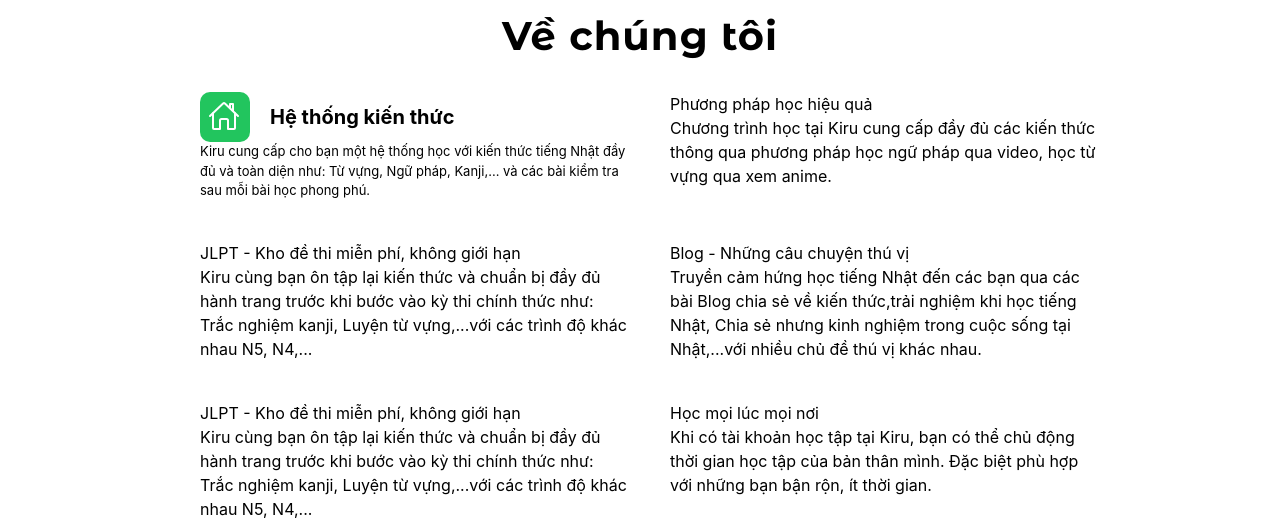
Repository: Quynhhuong150322/Kiru_Website-hoc-tieng-Nhat
Page: /
An editor plug-in stored every save of this project. The page is shown before and after the next save, followed by the edit.
The browser window is 1280 px wide. The pictures show the part of the page from y = 820 to 1532 px (the page is 1341 px tall before and 1532 px after).
The project was rebuilt for these pictures with package versions that can differ from the ones it lists, and the page was loaded fresh each time.

Above is the page before, as saved 2023-08-14 11:54:12.

### public/index.html
<!DOCTYPE html>
<html lang="en">
  <head>
    <meta charset="utf-8" />
    <link rel="icon" href="%PUBLIC_URL%/favicon.ico" />
    <meta name="viewport" content="width=device-width, initial-scale=1" />
    <meta name="theme-color" content="#000000" />
    <meta
      name="description"
      content="Web site created using create-react-app"
    />
    <link rel="apple-touch-icon" href="%PUBLIC_URL%/logo192.png" />
    <!--
      manifest.json provides metadata used when your web app is installed on a
      user's mobile device or desktop. See https://developers.google.com/web/fundamentals/web-app-manifest/
    -->
    <link rel="manifest" href="%PUBLIC_URL%/manifest.json" />
    <!--
      Notice the use of %PUBLIC_URL% in the tags above.
      It will be replaced with the URL of the `public` folder during the build.
      Only files inside the `public` folder can be referenced from the HTML.

      Unlike "/favicon.ico" or "favicon.ico", "%PUBLIC_URL%/favicon.ico" will
      work correctly both with client-side routing and a non-root public URL.
      Learn how to configure a non-root public URL by running `npm run build`.
    -->
    <title>Kiru web</title>
  </head>
  <body>
    <noscript>You need to enable JavaScript to run this app.</noscript>
    <div id="root"></div>
    <!--
      This HTML file is a template.
      If you open it directly in the browser, you will see an empty page.

      You can add webfonts, meta tags, or analytics to this file.
      The build step will place the bundled scripts into the <body> tag.

      To begin the development, run `npm start` or `yarn start`.
      To create a production bundle, use `npm run build` or `yarn build`.
    -->
  </body>
</html>

### src/index.js
import React from 'react';
import ReactDOM from 'react-dom/client';
import './index.css';
import App from './App';
import reportWebVitals from './reportWebVitals';
import { BrowserRouter} from "react-router-dom";


const root = ReactDOM.createRoot(document.getElementById('root'));
root.render(
  <React.StrictMode>
    <BrowserRouter>
      <App />
    </BrowserRouter>
  </React.StrictMode>
);

// If you want to start measuring performance in your app, pass a function
// to log results (for example: reportWebVitals(console.log))
// or send to an analytics endpoint. Learn more: https://bit.ly/CRA-vitals
reportWebVitals();

### src/App.js
import './App.css';
import HeaderBefor from "./component/HeaderBefor";
// import MyRoutes from './route/MyRoutes';
import GioiThieu from "./component/Gioi_thieu"

function App() {
  return (
    <div className = "bg-white">
      {/* <MyRoutes></MyRoutes> */}
      <HeaderBefor></HeaderBefor>
      <GioiThieu></GioiThieu>
    </div>
  );
}

export default App;

### src/App.css
.App {
  text-align: center;
}

.App-logo {
  height: 40vmin;
  pointer-events: none;
}

@media (prefers-reduced-motion: no-preference) {
  .App-logo {
    animation: App-logo-spin infinite 20s linear;
  }
}

.App-header {
  background-color: #282c34;
  min-height: 100vh;
  display: flex;
  flex-direction: column;
  align-items: center;
  justify-content: center;
  font-size: calc(10px + 2vmin);
  color: white;
}

.App-link {
  color: #61dafb;
}

@keyframes App-logo-spin {
  from {
    transform: rotate(0deg);
  }
  to {
    transform: rotate(360deg);
  }
}

@font-face {
  font-family: Japanese;
  src: url(./font/Japanese\ 3017.ttf);
}

@font-face {
  font-family: InterBold;
  src: url(./font/Inter-Bold.ttf);
}

@font-face {
  font-family: InterRegular;
  src: url(./font/Inter-Regular.ttf);
}

@font-face {
  font-family: Montserrat;
  src: url(./font/MontserratAlternates-Bold.otf);
}

### src/component/HeaderBefor.js
import React from "react";
import logo from "../image/logo.png"
import { Link } from "react-router-dom";

const Header = () => {
    return (
        <div className = "bg-white top-0 h-[70px] ">
            <div class="flex justify-between items-center p-1">
                <Link to = "/">
                    <div className="flex flex-row items-center gap-5 pl-[50px] justify-center">
                        <img
                            className="h-[55px] w-55px] rounded-full "
                            src = {logo}
                            alt = "logo"
                        />
                        <div className="font-japanese text-[40px] font-bold">Kiru</div>
                    </div>
                </Link>
                <div className=""></div>
                    <ul className="flex space-x-4 justify-start gap-10 font-interBold text-[17px] pr-28 ">
                        <li className="hover:text-yellow-500">
                            <Link to = "/GioiThieu">Giới Thiệu</Link>
                        </li>
                        <li className="hover:text-yellow-500">
                            <Link to = "/LienHe">Liên hệ</Link>
                        </li>
                        <li className="hover:text-yellow-500">
                            <Link to = "/KhoaHocBefor">Khoá học</Link>
                        </li>
                        <li className="hover:text-yellow-500">
                            <Link to = "/FAQs">FAQs</Link>
                        </li>
                    </ul>
                <div className="pr-[50px] flex items-center ">
                    <ul className="flex space-x-4 justify-start gap-1 font-interBold text-[17px] items-center">
                        <li>
                            <button
                                type="button"
                                className="w-[117px] h-10 rounded-[20px] hover:border-2 border-amber-500 hover:text-sky-500">
                                Đăng nhập
                            </button>
                        </li>
                        <li>
                            <button
                                type="button"
                                className = "w-28 h-10 rounded-[20px] text-white bg-gradient-to-r from-amber-300  to-orange-500 hover:border-2 border-amber-700 hover:text-sky-500">
                                Đăng ký
                            </button>
                        </li>
                    </ul>
                </div>
            </div>

        </div>
    );
};
export default Header;

### src/component/Gioi_thieu.js
import React from "react";
import Photo from "../image/photo1.jpeg";
import {IoHomeOutline} from "react-icons/io5";

const GioiThieu = () => {
    return (
        <div class="">
            <div
                className="bg-[url('/Users/quynhhuong/kiru_web/src/image/bg.png')] bg-no-repeat bg-[length:750px_750px] h-[750px] "
                // src = {Bg}
                alt = "Bg" >
                <div className="flex gap-[50px]">
                    <div className="pl-[200px] flex-initial w-[800px]">
                        <div className="font-inter font-bold tracking-wide text-2xl subpixel-antialiased leading-[4.5rem]  pt-[130px]">
                            <div className="">Tiếng Nhật khó</div>
                            <div className="">Đã có Kiru lo</div>
                        </div>
                        <div className="font-inter font-bold text-xl pt-[50px] text-slate-500">Website học tiếng Nhật tuyến Kiru hoàn toàn miễn phí tích hợp đầy đủ các kiến thức, kỹ năng thông qua các video bài giảng và bài tập giúp các bạn dễ dàng chinh phục tiếng Nhật một cách dễ dàng.</div>
                        <div className="pt-10">
                            <button
                                type="button"
                                className = "w-[300px] h-[70px] rounded-[40px] text-white bg-gradient-to-r from-amber-300  to-orange-500 hover:border-2 border-amber-700 hover:text-sky-500 font-interBold text-[25px] items-center">
                                Tham gia ngay
                            </button>
                        </div>
                    </div>
                    <div className="pt-[180px] ">
                        <img
                            className="h-[400px] w-[700px] rounded-l-[20px] shadow-[0_40px_70px_-15px_rgba(0,0,0,0.8)]"
                            src = {Photo}
                            alt = "Photo1"
                        />
                    </div>
                </div>
            </div>
            <div className="">
                <div className="font-montserrat font-bold tracking-wide text-[40px] subpixel-antialiased leading-[4.5rem] text-center">Về chúng tôi</div>
                <div className="pl-[200px]">
                    <div className="grid grid-cols-2 gap-10 flex-initial w-[900px] pt-5">
                        <div className="">
                            <div className="flex items-center gap-[20px]">
                                <div className="h-[50px] w-[50px] bg-green-500 rounded-[10px] text-[40px] font-[600] cursor-pointer items-center text-center">
                                    <IoHomeOutline className="stroke-white pt-2 pl-2"/>
                                </div>
                                <p className="font-inter font-bold text-xl">Hệ thống kiến thức</p>
                            </div>
                            <div className="font-inter text-base">Kiru cung cấp cho bạn một hệ thống học với kiến thức tiếng Nhật đầy đủ và toàn diện như: Từ vựng, Ngữ pháp, Kanji,... và các bài kiểm tra sau mỗi bài học phong phú.</div>
                        </div>
                        <div className="">
                            <div className="">
                                <p className="">Phương pháp học  hiệu quả</p>
                            </div>
                            <div className="">Chương trình học tại Kiru cung cấp đầy đủ các kiến thức thông qua phương pháp học ngữ pháp qua video, học từ vựng qua xem anime.</div>
                        </div>
                        <div className="">
                            <div className="">
                                <p className="">JLPT - Kho đề thi miễn phí,
không giới hạn </p>
                            </div>
                            <div className="">Kiru cùng bạn ôn tập lại kiến thức và chuẩn bị đầy đủ hành trang trước khi bước vào kỳ thi chính thức như: Trắc nghiệm kanji, Luyện từ vựng,...với các trình độ khác nhau N5, N4,... </div>
                        </div>
                        <div className="">
                            <div className="">
                                <p className="">Blog - Những câu chuyện thú vị </p>
                            </div>
                            <div className="">Truyền cảm hứng học tiếng Nhật đến các bạn qua các bài Blog chia sẻ về kiến thức,trải nghiệm khi học tiếng Nhật, Chia sẻ nhưng kinh nghiệm trong cuộc sống tại Nhật,...với nhiều chủ đề thú vị khác nhau. </div>
                        </div>
                        <div className="">
                            <div className="">
                                <p className="">JLPT - Kho đề thi miễn phí,
không giới hạn </p>
                            </div>
                            <div className="">Kiru cùng bạn ôn tập lại kiến thức và chuẩn bị đầy đủ hành trang trước khi bước vào kỳ thi chính thức như: Trắc nghiệm kanji, Luyện từ vựng,...với các trình độ khác nhau N5, N4,... </div>
                        </div>
                        <div className="">
                            <div className="">
                                <p className="">Học mọi lúc mọi nơi</p>
                            </div>
                            <div className="">Khi có tài khoản học tập tại Kiru, bạn có thể chủ động thời gian học tập của bản thân mình. Đặc biệt phù hợp với những bạn bận rộn, ít thời gian.</div>
                        </div>
                    </div>
                </div>
            </div>
        </div>

    );
}
export default GioiThieu;

### tailwind.config.js
/** @type {import('tailwindcss').Config} */
module.exports = {
  content: ["./src/**/*.{html,js}"],
  // plugins: [require("tailwind-scrollbar")],
  theme: {
    extend: {
      fontSize: {
        sm: '9px',
        base: '13px',
        xl: '20px',
        '2xl': '60px',
        '3xl': '80px',
        '4xl': '90px',
        '5xl': '100px',
      }
    },
    screens: {
      'sm': {'min': '400px', 'max': '767px'},
      // => @media (min-width: 640px and max-width: 767px) { ... }

      'md': {'min': '768px', 'max': '1023px'},
      // => @media (min-width: 768px and max-width: 1023px) { ... }

      'lg': {'min': '1024px', 'max': '1279px'},
      // => @media (min-width: 1024px and max-width: 1279px) { ... }

      'xl': {'min': '1280px', 'max': '1535px'},
      // => @media (min-width: 1280px and max-width: 1535px) { ... }

      '2xl': {'min': '1536px'},
      // => @media (min-width: 1536px) { ... }
    },

    fontFamily: {
      japanese: ['"Japanese"'],
      interBold: ['"InterBold"'],
      interRegular: ['"InterRegular"'],
      montserrat: ['"Montserrat"']
    },
  },
  plugins: [],
}

Loaded but not shown: src/index.css (common file); src/reportWebVitals.js (common file)

After the next save:
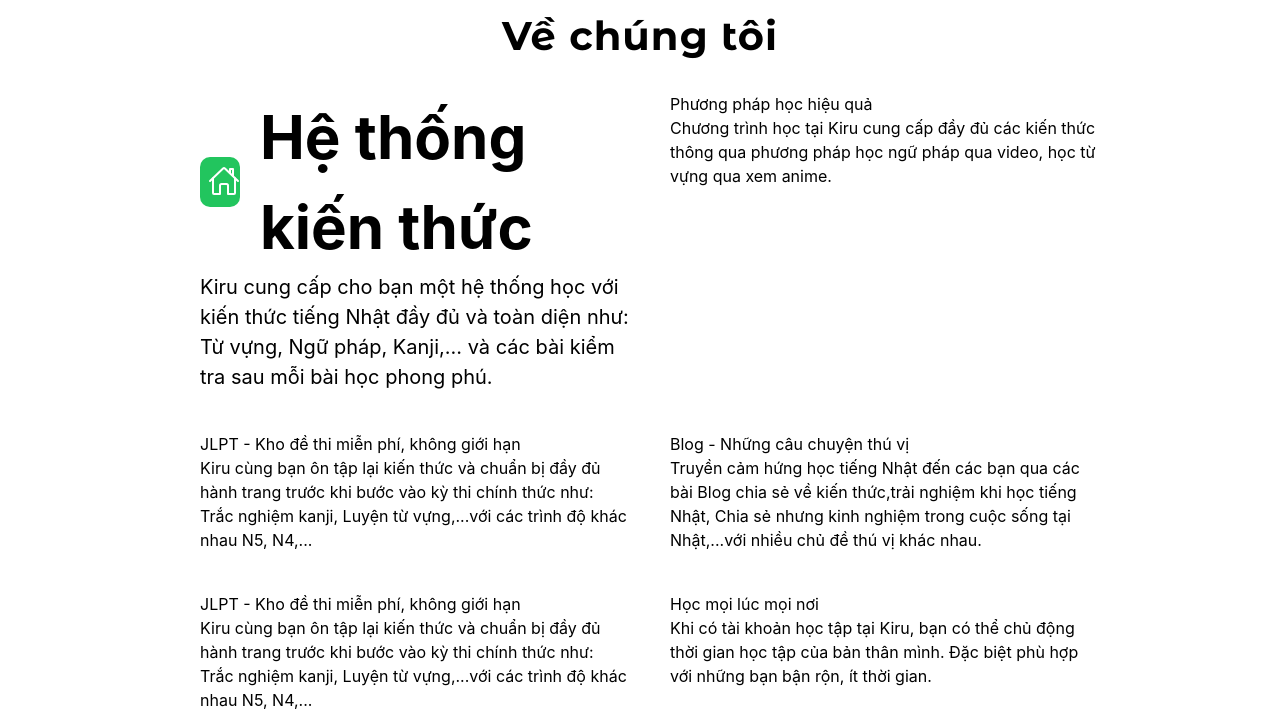
Saved 28 s later.
--- a/src/component/Gioi_thieu.js
+++ b/src/component/Gioi_thieu.js
@@ -42,9 +42,9 @@
                                 <div className="h-[50px] w-[50px] bg-green-500 rounded-[10px] text-[40px] font-[600] cursor-pointer items-center text-center">
                                     <IoHomeOutline className="stroke-white pt-2 pl-2"/>
                                 </div>
-                                <p className="font-inter font-bold text-xl">Hệ thống kiến thức</p>
+                                <p className="font-inter font-bold text-2xl">Hệ thống kiến thức</p>
                             </div>
-                            <div className="font-inter text-base">Kiru cung cấp cho bạn một hệ thống học với kiến thức tiếng Nhật đầy đủ và toàn diện như: Từ vựng, Ngữ pháp, Kanji,... và các bài kiểm tra sau mỗi bài học phong phú.</div>
+                            <div className="font-inter text-xl">Kiru cung cấp cho bạn một hệ thống học với kiến thức tiếng Nhật đầy đủ và toàn diện như: Từ vựng, Ngữ pháp, Kanji,... và các bài kiểm tra sau mỗi bài học phong phú.</div>
                         </div>
                         <div className="">
                             <div className="">
